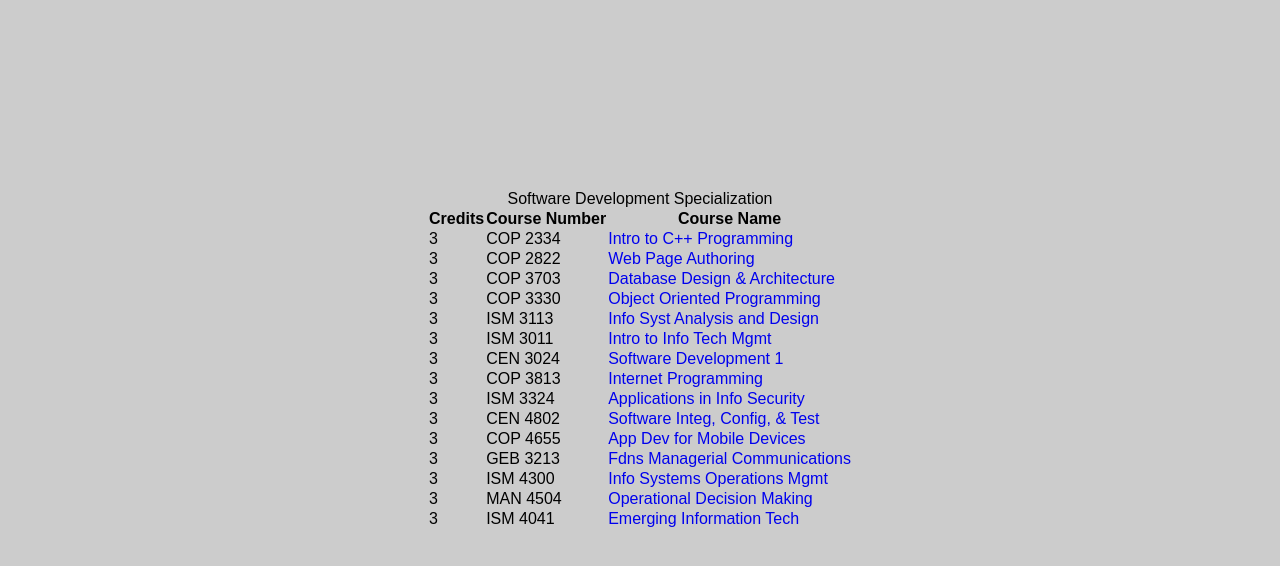
Repository: mlmEFSC21/P3-DegreeSpecializationTable
Page: index.html
The author's editor kept a copy of each file at every save. The page is drawn from the files as they stood at one save, then again after the next save.
The browser window is 1280 px wide. The pictures show the whole page.
Some web fonts or font styles are not loaded; a fallback is used.

Above is the page before, as saved 2022-02-01 20:53:19.

### index.html
<!DOCTYPE html>
<html lang="en">
    <head>
        <meta charset="UTF-8" />
        <meta http-equiv="X-UA-Compatible" content="IE=edge" />
        <meta name="viewport" content="width=device-width, initial-scale=1.0" />
        <link rel="stylesheet" href="tableStyles.css" />
        <title>Degree Specialization Table</title>
    </head>
    <body>
        <table>
            <caption class="tableTitle">
                Software Development Specialization
            </caption>
            <thead>
                <tr class="colTitles">
                    <th>Credits</th>
                    <th>Course Number</th>
                    <th>Course Name</th>
                </tr>
            </thead>
            <tr>
                <td>3</td>
                <td>COP 2334</td>
                <td>
                    <a
                        href="https://bannerweb.easternflorida.edu/prod/bwckctlg.p_disp_course_detail?cat_term_in=202210&subj_code_in=COP&crse_numb_in=1000"
                        >Intro to C++ Programming</a
                    >
                </td>
            </tr>
            <tr>
                <td>3</td>
                <td>COP 2822</td>
                <td>
                    <a
                        href="https://bannerweb.easternflorida.edu/prod/bwckctlg.p_disp_course_detail?cat_term_in=202210&subj_code_in=COP&crse_numb_in=2822"
                        >Web Page Authoring</a
                    >
                </td>
            </tr>
            <tr>
                <td>3</td>
                <td>COP 3703</td>
                <td>
                    <a
                        href="https://bannerweb.easternflorida.edu/prod/bwckctlg.p_disp_course_detail?cat_term_in=202210&subj_code_in=COP&crse_numb_in=3703"
                        >Database Design & Architecture</a
                    >
                </td>
            </tr>
            <tr>
                <td>3</td>
                <td>COP 3330</td>
                <td>
                    <a
                        href="https://bannerweb.easternflorida.edu/prod/bwckctlg.p_disp_course_detail?cat_term_in=202210&subj_code_in=COP&crse_numb_in=3330"
                        >Object Oriented Programming</a
                    >
                </td>
            </tr>
            <tr>
                <td>3</td>
                <td>ISM 3113</td>
                <td>
                    <a
                        href="https://bannerweb.easternflorida.edu/prod/bwckctlg.p_disp_course_detail?cat_term_in=202210&subj_code_in=ISM&crse_numb_in=3113"
                        >Info Syst Analysis and Design</a
                    >
                </td>
            </tr>
            <tr>
                <td>3</td>
                <td>ISM 3011</td>
                <td>
                    <a
                        href="https://bannerweb.easternflorida.edu/prod/bwckctlg.p_disp_course_detail?cat_term_in=202210&subj_code_in=ISM&crse_numb_in=3011"
                        >Intro to Info Tech Mgmt</a
                    >
                </td>
            </tr>
            <tr>
                <td>3</td>
                <td>CEN 3024</td>
                <td>
                    <a
                        href="https://bannerweb.easternflorida.edu/prod/bwckctlg.p_disp_course_detail?cat_term_in=202210&subj_code_in=CEN&crse_numb_in=3024"
                        >Software Development 1</a
                    >
                </td>
            </tr>
            <tr>
                <td>3</td>
                <td>COP 3813</td>
                <td>
                    <a
                        href="https://bannerweb.easternflorida.edu/prod/bwckctlg.p_disp_course_detail?cat_term_in=202210&subj_code_in=COP&crse_numb_in=3813"
                        >Internet Programming</a
                    >
                </td>
            </tr>
            <tr>
                <td>3</td>
                <td>ISM 3324</td>
                <td>
                    <a
                        href="https://bannerweb.easternflorida.edu/prod/bwckctlg.p_disp_course_detail?cat_term_in=202210&subj_code_in=ISM&crse_numb_in=3324"
                        >Applications in Info Security</a
                    >
                </td>
            </tr>
            <tr>
                <td>3</td>
                <td>CEN 4802</td>
                <td>
                    <a
                        href="https://bannerweb.easternflorida.edu/prod/bwckctlg.p_disp_course_detail?cat_term_in=202210&subj_code_in=CEN&crse_numb_in=4802"
                        >Software Integ, Config, & Test</a
                    >
                </td>
            </tr>
            <tr>
                <td>3</td>
                <td>COP 4655</td>
                <td>
                    <a
                        href="https://bannerweb.easternflorida.edu/prod/bwckctlg.p_disp_course_detail?cat_term_in=202210&subj_code_in=COP&crse_numb_in=4655"
                        >App Dev for Mobile Devices</a
                    >
                </td>
            </tr>
            <tr>
                <td>3</td>
                <td>GEB 3213</td>
                <td>
                    <a
                        href="https://bannerweb.easternflorida.edu/prod/bwckctlg.p_disp_course_detail?cat_term_in=202210&subj_code_in=GEB&crse_numb_in=3213"
                        >Fdns Managerial Communications</a
                    >
                </td>
            </tr>
            <tr>
                <td>3</td>
                <td>ISM 4300</td>
                <td>
                    <a
                        href="https://bannerweb.easternflorida.edu/prod/bwckctlg.p_disp_course_detail?cat_term_in=202210&subj_code_in=ISM&crse_numb_in=4300"
                        >Info Systems Operations Mgmt</a
                    >
                </td>
            </tr>
            <tr>
                <td>3</td>
                <td>MAN 4504</td>
                <td>
                    <a
                        href="https://bannerweb.easternflorida.edu/prod/bwckctlg.p_disp_course_detail?cat_term_in=202210&subj_code_in=MAN&crse_numb_in=4504"
                        >Operational Decision Making</a
                    >
                </td>
            </tr>
            <tr>
                <td>3</td>
                <td>ISM 4041</td>
                <td>
                    <a
                        href="https://bannerweb.easternflorida.edu/prod/bwckctlg.p_disp_course_detail?cat_term_in=202210&subj_code_in=ISM&crse_numb_in=4041"
                        >Emerging Information Tech</a
                    >
                </td>
            </tr>
        </table>
    </body>
</html>

### tableStyles.css
@import url("https://fonts.googleapis.com/css2?family=Spectral:wght@400&display=swap");

:root {
    --clr-prime: #003c5e;
    --clr-second: #1a2028;
    --clr-accent: #8fb500;
    --clr-font-prime: #5b8ead;
    --clr-font-second: black;
    --clr-background: #cccccc;
}
*,
*::before,
*::after {
    margin: 0;
    padding: 0;
    box-sizing: border-box;
}
body {
    font-family: Spectral, sans-serif;
    height: 100vh;
    display: grid;
    align-items: center;
    justify-content: center;
    background-color: var(--clr-background);
}
table {
}
a {
    text-decoration: none;
}

After the next save:
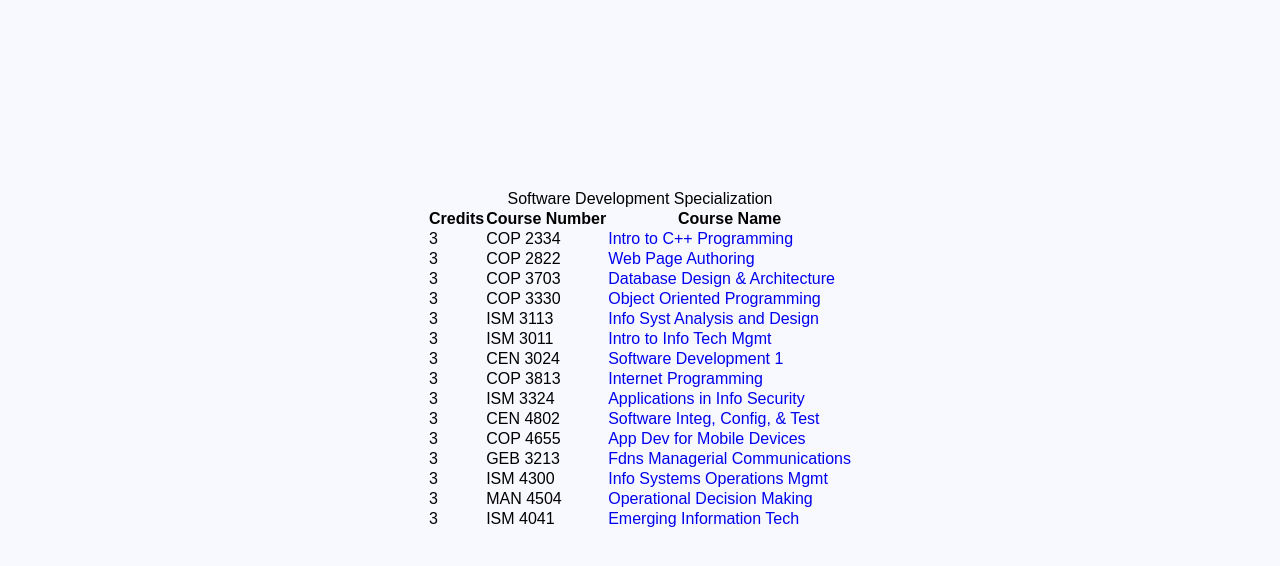
Saved 57 s later.
--- a/tableStyles.css
+++ b/tableStyles.css
@@ -6,7 +6,7 @@
     --clr-accent: #8fb500;
     --clr-font-prime: #5b8ead;
     --clr-font-second: black;
-    --clr-background: #cccccc;
+    --clr-background: #f8f8ff;
 }
 *,
 *::before,
